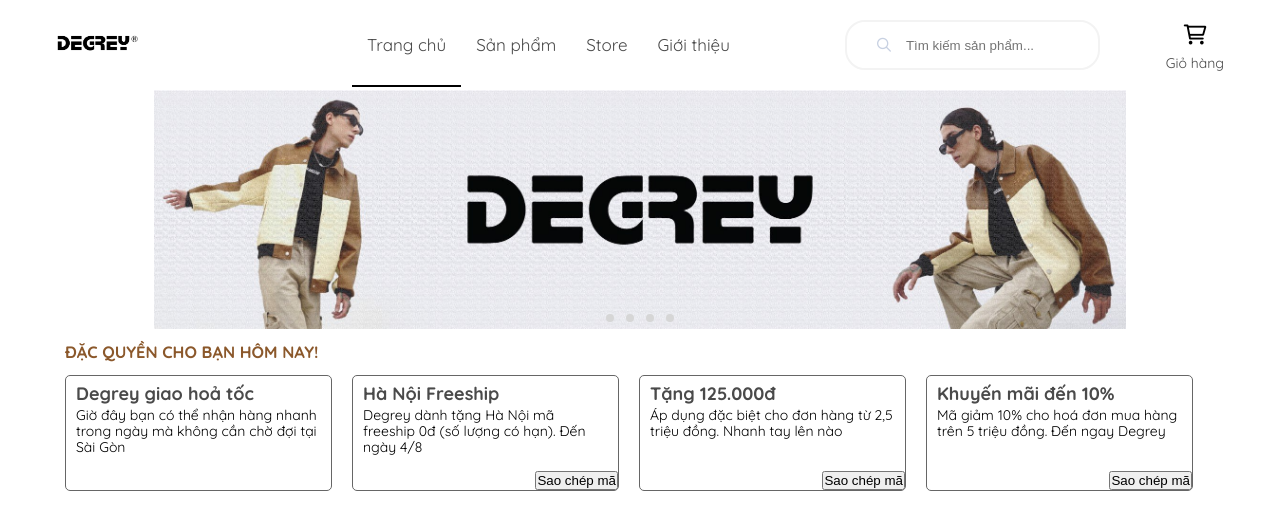
Repository: hieu-dev-1/degrey1
Page: index.html
The author's editor kept a copy of each file at every save. The page is drawn from the files as they stood at one save, then again after the next save.
The browser window is 1280 px wide. The pictures show the whole page.

Above is the page before, as saved 2022-08-13 09:55:06.

After the next save:
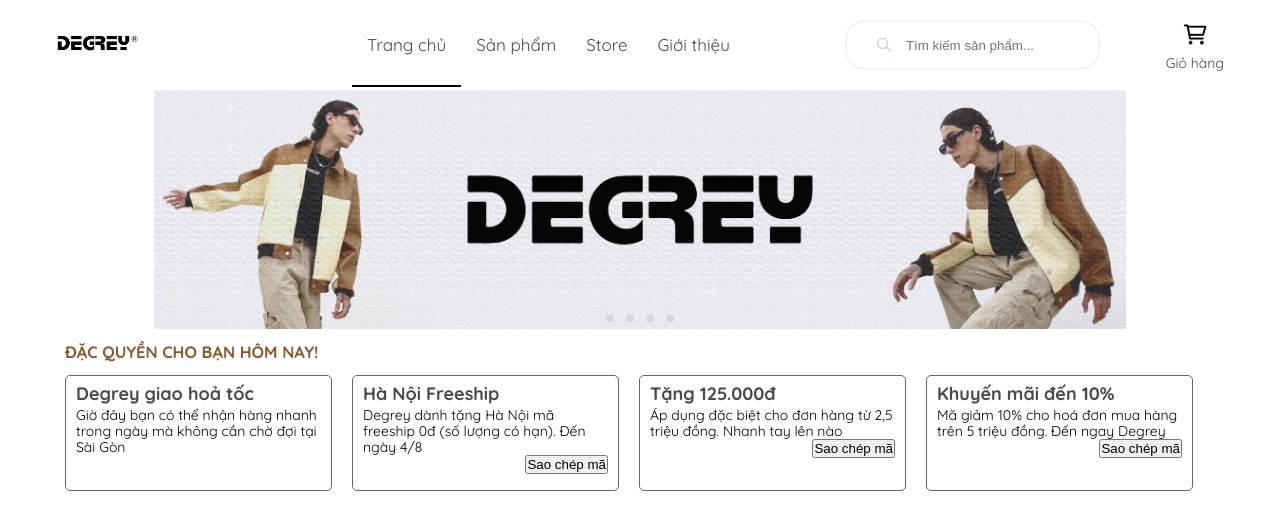
Saved 34 s later.
--- a/assets/css/main.css
+++ b/assets/css/main.css
@@ -202,8 +202,5 @@
 }
 
 .web__container-vourcher-item-copy {
-    position: absolute;
     text-align: right;
-    bottom: 0;
-    right: 0;
-}
+}
